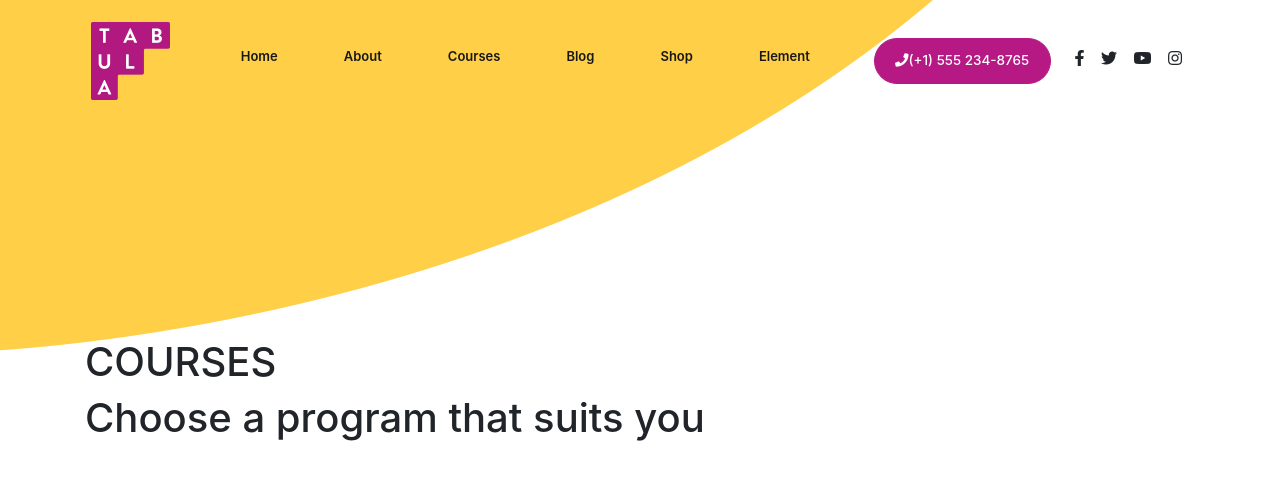
Repository: Khanh1234-glitch/TruongNguyenBaoKhanh_BC22_assignment__tabula
Page: Tabula/index.html
The author's editor kept a copy of each file at every save. The page is drawn from the files as they stood at one save, then again after the next save.
The browser window is 1280 px wide. The pictures show the whole page.
The style sheet was rebuilt from its Sass, Less or Tailwind sources for each picture, by a compiler version that may differ from the author's.

Above is the page before, as saved 2022-04-16 09:25:14.

### Tabula/index.html
<!doctype html>
<html lang="en">

<head>
    <title>Title</title>
    <!-- Required meta tags -->
    <meta charset="utf-8">
    <meta name="viewport" content="width=device-width, initial-scale=1, shrink-to-fit=no">
    <!-- link css -->
    <link rel="stylesheet" href="./css/style.css">
    <!-- link fontawesome -->
    <link rel="stylesheet" href="https://cdnjs.cloudflare.com/ajax/libs/font-awesome/5.15.4/css/all.min.css">
    <!-- Bootstrap CSS -->
    <link rel="stylesheet" href="https://stackpath.bootstrapcdn.com/bootstrap/4.3.1/css/bootstrap.min.css" integrity="sha384-ggOyR0iXCbMQv3Xipma34MD+dH/1fQ784/j6cY/iJTQUOhcWr7x9JvoRxT2MZw1T" crossorigin="anonymous">
</head>

<body>
    <header>
        <nav class="navbar container navbar-expand-md navbar-dark">
            <!-- Toggler/collapsibe Button -->
            <button class="navbar-toggler" type="button" data-toggle="collapse" data-target="#collapsibleNavbar">
                <span class="navbar-toggler-icon"></span>
            </button>
            <!-- Brand -->
            <img src="./img/crest.png" alt="">
            <!-- Navbar links -->
            <div class="collapse navbar-collapse " id="collapsibleNavbar">
                <ul class="navbar-nav ml-auto">
                    <li class="nav-item">
                        <a class="nav-link" href="#">Home</a>
                    </li>
                    <li class="nav-item">
                        <a class="nav-link" href="#">About</a>
                    </li>
                    <li class="nav-item">
                        <a class="nav-link" href="#">Courses</a>
                    </li>
                    <li class="nav-item">
                        <a class="nav-link" href="#">Blog</a>
                    </li>
                    <li class="nav-item">
                        <a class="nav-link" href="#">Shop</a>
                    </li>
                    <li class="nav-item">
                        <a class="nav-link" href="#">Element</a>
                    </li>
                    <li class="button">
                        <button class="btn-header"><i class="fa fa-phone"></i> (+1) 555 234-8765</button>
                    </li>
                    <li class="nav-item" style="margin-top:10px">
                        <i class="fab fa-facebook-f"></i>
                        <i class="fab fa-twitter"></i>
                        <i class="fab fa-youtube"></i>
                        <i class="fab fa-instagram"></i>
                    </li>
                </ul>
            </div>
        </nav>
        <div class="hero-book container">
            <div class="text-left">
                <h1>COURSES</h1>
                <h1>Choose a program that suits you</h1>
            </div>
            <div class="img-right"></div>
        </div>
    </header>
    <!-- Optional JavaScript -->
    <!-- jQuery first, then Popper.js, then Bootstrap JS -->
    <script src="https://code.jquery.com/jquery-3.3.1.slim.min.js" integrity="sha384-q8i/X+965DzO0rT7abK41JStQIAqVgRVzpbzo5smXKp4YfRvH+8abtTE1Pi6jizo" crossorigin="anonymous"></script>
    <script src="https://cdnjs.cloudflare.com/ajax/libs/popper.js/1.14.7/umd/popper.min.js" integrity="sha384-UO2eT0CpHqdSJQ6hJty5KVphtPhzWj9WO1clHTMGa3JDZwrnQq4sF86dIHNDz0W1" crossorigin="anonymous"></script>
    <script src="https://stackpath.bootstrapcdn.com/bootstrap/4.3.1/js/bootstrap.min.js" integrity="sha384-JjSmVgyd0p3pXB1rRibZUAYoIIy6OrQ6VrjIEaFf/nJGzIxFDsf4x0xIM+B07jRM" crossorigin="anonymous"></script>
</body>

</html>

### Tabula/Sass/style.scss
@import "./helper/mixin";
@import "./helper/variable";
@import "./Component/navbar";
@import "./Component/button";
@import "./Component/social";
@import "./Component/herobook";

### Tabula/Sass/helper/_mixin.scss
@mixin content($fs, $fw, $color) {
    font-size: $fs;
    font-weight: $fw;
    background-color: $color;
}

@mixin content2($fs, $fw, $color) {
    font-size: $fs;
    font-weight: $fw;
    color: $color;
}

### Tabula/Sass/helper/_variable.scss
//color
$color:#e6afd4;
$color2:#181818;
$color3:#b61984 !important;
//font weight
$fw-1:500;
$fw-2:600;
$fw-3:700;
$fw-4:800;
//font-size
$fs-1:13px;
$fs-2:57px;
$fs-3:16.5px;
$fs-4:14.625px;
$fs-5:13.125px;
$fs-6:13.5px;

### Tabula/Sass/Component/_navbar.scss
body {
    background: url("./../../img/yellow_top_wave_01.png");
    background-repeat: no-repeat;
    header {
        .navbar-nav {
            .nav-item {
                a {
                    @include content2($fs-1,
                    $fw-2,
                    $color2);
                    line-height: 80px;
                    margin-right: 50px;
                    color: $color2 !important;
                    transition: all 0.5s;
                    &::after {
                        content: "";
                        width: 10px;
                        height: 10px;
                        margin-left: 7px;
                        border-radius: 100%;
                        display: block;
                        background-color: $color3;
                        transition: all 0.5s;
                        transform: scaleX(0);
                    }
                    &:hover {
                        color: $color3;
                        &::after {
                            transform: scaleX(1);
                        }
                    }
                }
            }
        }
    }
}

### Tabula/Sass/Component/_button.scss
    .navbar-nav {
        .button {
            display: flex;
            align-items: center;
            margin-right: 18px;
            button {
                @include content($fs-6, $fw-1, $color3);
                align-items: center;
                border-radius: 50px;
                display: flex;
                justify-content: center;
                line-height: 13.5px;
                margin: 6px;
                padding: 14.85px 20.25px;
                text-align: center;
                color: #fff;
                border: 1px solid $color3;
                transition: all 0.5s;
                &:hover {
                    border: 1px solid $color3;
                    background-color: #fff !important;
                    color: $color3;
                }
            }
        }
    }

### Tabula/Sass/Component/_social.scss
.navbar-nav {
    .nav-item {
        i {
            margin-right: 12px;
            line-height: 80px;
            cursor: pointer;
            transition: all 0.5s;
            &:hover {
                color: $color3;
            }
        }
    }
}

### Tabula/Sass/Component/_herobook.scss
.hero-book {
    margin-top: 216px;
}

After the next save:
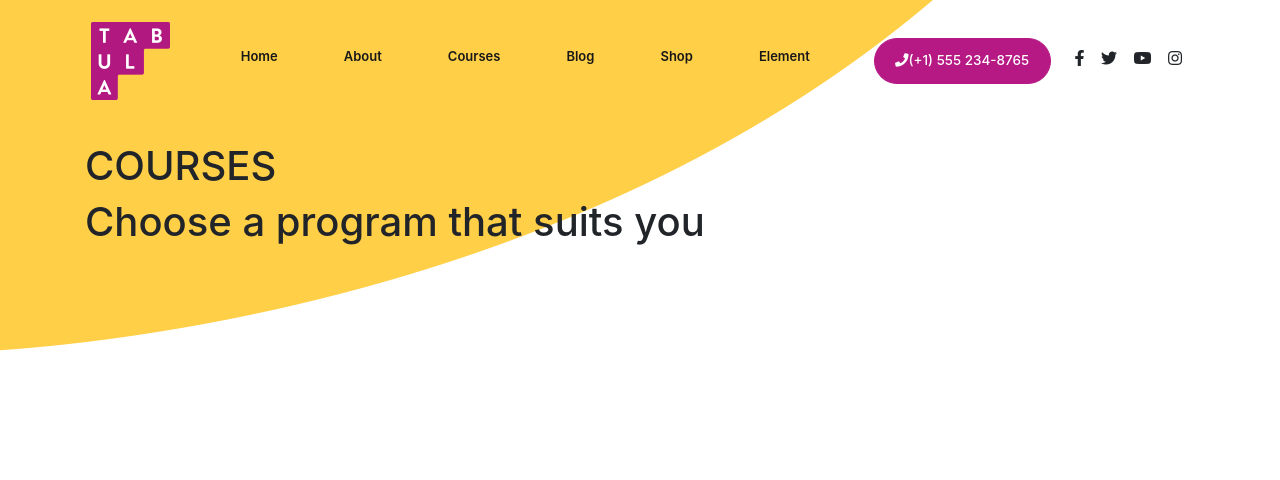
Saved 9 s later.
--- a/Tabula/Sass/Component/_herobook.scss
+++ b/Tabula/Sass/Component/_herobook.scss
@@ -1,3 +1,3 @@
 .hero-book {
-    margin-top: 216px;
+    margin-top: 20px;
 }

After the save that followed:
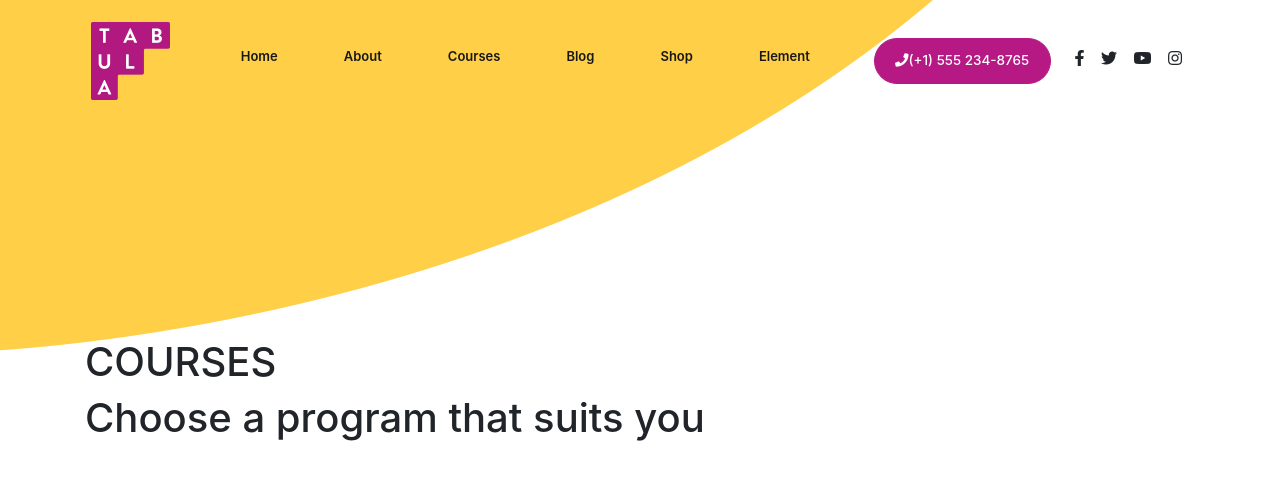
Saved 6 s later.
--- a/Tabula/Sass/Component/_herobook.scss
+++ b/Tabula/Sass/Component/_herobook.scss
@@ -1,3 +1,3 @@
 .hero-book {
-    margin-top: 20px;
+    margin-top: 216px;
 }
